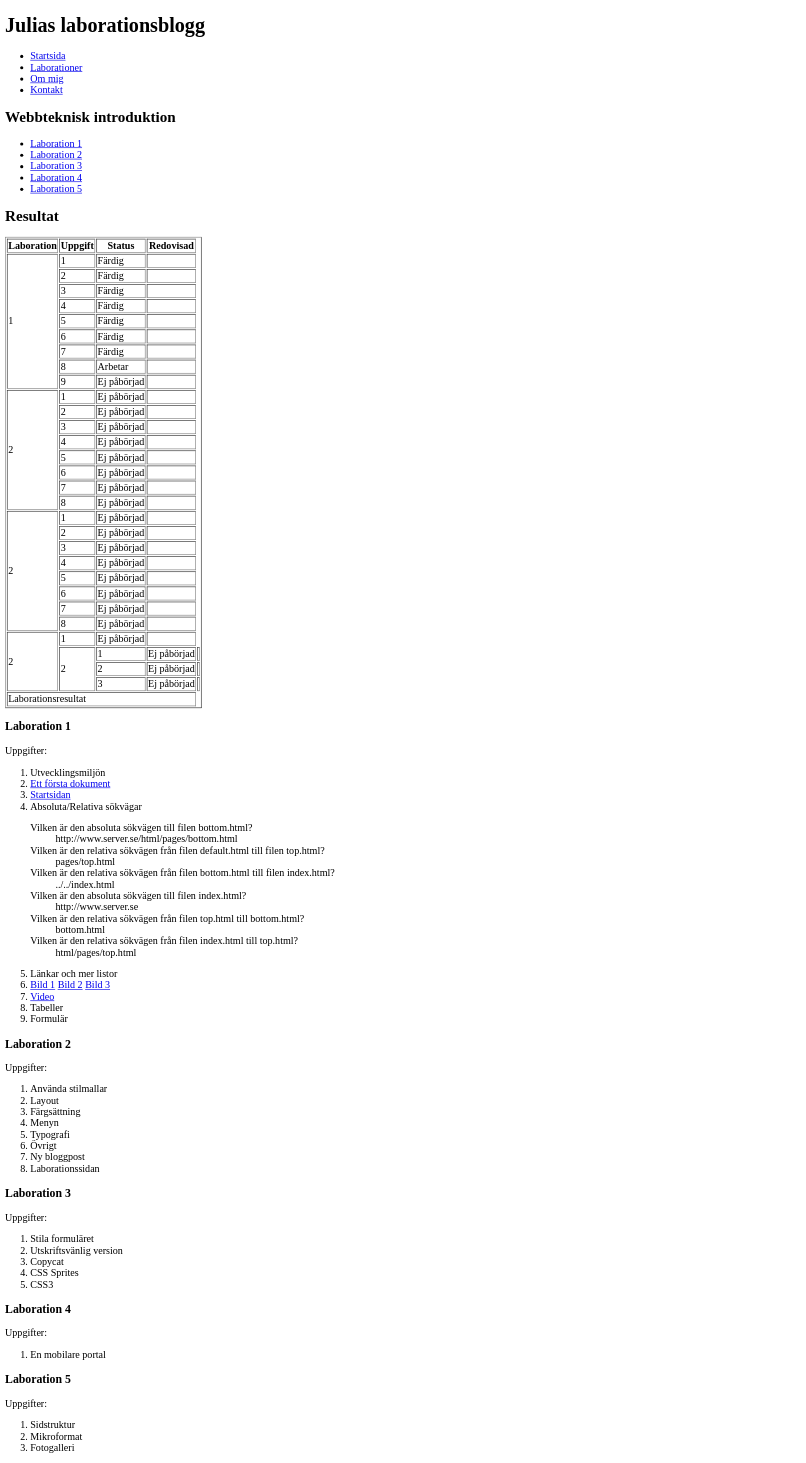
Repository: jk222rp/1ik415-laborationer-2014
Page: pages/laborationer.html
The author's editor kept a record of every edit. The page is drawn from the files as they stood at one moment, then again after the next edit.
The browser window is 1280 px wide. The pictures show the whole page, at 63% of full size.

Above is the page before.

### pages/laborationer.html
<!doctype html>
<html lang="sv">
    <head>
        <meta charset="utf-8" />
        <title>Julias laborationsblogg</title>
    </head>

    <body>
        <h1>Julias laborationsblogg</h1>

<!--Menu-->
        <ul>
            <li><a href="../index.html">Startsida</a></li>
            <li><a href="laborationer.html">Laborationer</a></li>
            <li><a href="presentation.html">Om mig</a></li>
            <li><a href="kontakt.html">Kontakt</a></li>
        </ul>

<!--Lab presentation - Webbteknisk introduktion-->
        <h2>Webbteknisk introduktion</h2>

        <ul>
            <li><a href="#Lab1">Laboration 1</a></li>
            <li><a href="#Lab2">Laboration 2</a></li>
            <li><a href="#Lab3">Laboration 3</a></li>
            <li><a href="#Lab4">Laboration 4</a></li>
            <li><a href="#Lab5">Laboration 5</a></li>
        </ul>

<!--Table start-->
        <h2>Resultat</h2>
        <table border="1">
            <thead>
                <tr>
                    <th>Laboration</th>
                    <th>Uppgift</th>
                    <th>Status</th>
                    <th>Redovisad</th>
                </tr>
            </thead>
            <tfoot>
                <tr>
                    <td colspan="4">
                        Laborationsresultat
                    </td>
                </tr>
            </tfoot>
    <!--Lab 1-->
            <tbody>
                <tr>
                    <td rowspan="9">1</td>
                    <td>1</td>
                    <td>Färdig</td>
                    <td></td>
                </tr>
                <tr>
                    <td>2</td>
                    <td>Färdig</td>
                    <td></td>
                </tr>
                <tr>
                    <td>3</td>
                    <td>Färdig</td>
                    <td></td>
                </tr>
                <tr>
                    <td>4</td>
                    <td>Färdig</td>
                    <td></td>
                </tr>
                <tr>
                    <td>5</td>
                    <td>Färdig</td>
                    <td></td>
                </tr>
                <tr>
                    <td>6</td>
                    <td>Färdig</td>
                    <td></td>
                </tr>
                <tr>
                    <td>7</td>
                    <td>Färdig</td>
                    <td></td>
                </tr>
                <tr>
                    <td>8</td>
                    <td>Arbetar</td>
                    <td></td>
                </tr>
                <tr>
                    <td>9</td>
                    <td>Ej påbörjad</td>
                    <td></td>
                </tr>
    <!--Lab 2-->
                <tr>
                    <td rowspan="8">2</td>
                    <td>1</td>
                    <td>Ej påbörjad</td>
                    <td></td>
                </tr>
                <tr>
                    <td>2</td>
                    <td>Ej påbörjad</td>
                    <td></td>
                </tr>
                <tr>
                    <td>3</td>
                    <td>Ej påbörjad</td>
                    <td></td>
                </tr>
                <tr>
                    <td>4</td>
                    <td>Ej påbörjad</td>
                    <td></td>
                </tr>
                <tr>
                    <td>5</td>
                    <td>Ej påbörjad</td>
                    <td></td>
                </tr>
                <tr>
                    <td>6</td>
                    <td>Ej påbörjad</td>
                    <td></td>
                </tr>
                <tr>
                    <td>7</td>
                    <td>Ej påbörjad</td>
                    <td></td>
                </tr>
                <tr>
                    <td>8</td>
                    <td>Ej påbörjad</td>
                    <td></td>
                </tr>
    <!--Lab 3-->
                <tr>
                    <td rowspan="8">2</td>
                    <td>1</td>
                    <td>Ej påbörjad</td>
                    <td></td>
                </tr>
                <tr>
                    <td>2</td>
                    <td>Ej påbörjad</td>
                    <td></td>
                </tr>
                <tr>
                    <td>3</td>
                    <td>Ej påbörjad</td>
                    <td></td>
                </tr>
                <tr>
                    <td>4</td>
                    <td>Ej påbörjad</td>
                    <td></td>
                </tr>
                <tr>
                    <td>5</td>
                    <td>Ej påbörjad</td>
                    <td></td>
                </tr>
                <tr>
                    <td>6</td>
                    <td>Ej påbörjad</td>
                    <td></td>
                </tr>
                <tr>
                    <td>7</td>
                    <td>Ej påbörjad</td>
                    <td></td>
                </tr>
                <tr>
                    <td>8</td>
                    <td>Ej påbörjad</td>
                    <td></td>
                </tr>
    <!--Lab 4-->
                <tr>
                    <td rowspan="8">2</td>
                    <td>1</td>
                    <td>Ej påbörjad</td>
                    <td></td>
                </tr>
    <!--Lab 5-->
                <tr>
                    <td rowspan="8">2</td>
                    <td>1</td>
                    <td>Ej påbörjad</td>
                    <td></td>
                </tr>
                <tr>
                    <td>2</td>
                    <td>Ej påbörjad</td>
                    <td></td>
                </tr>
                <tr>
                    <td>3</td>
                    <td>Ej påbörjad</td>
                    <td></td>
                </tr>
            </tbody>
        </table>

        <h3 id="Lab1">Laboration 1</h3>
        <p>Uppgifter:</p>
        <ol>
            <li>Utvecklingsmiljön</li>
            <li><a href="presentation.html">Ett första dokument</a></li>
            <li><a href="../index.html">Startsidan</a></li>
            <li>Absoluta/Relativa sökvägar
                <dl>
                    <dt>Vilken är den absoluta sökvägen till filen bottom.html?</dt>
                    <dd>http://www.server.se/html/pages/bottom.html</dd>
                    <dt>Vilken är den relativa sökvägen från filen default.html till filen top.html?</dt>
                    <dd>pages/top.html</dd>
                    <dt>Vilken är den relativa sökvägen från filen bottom.html till filen index.html?</dt>
                    <dd>../../index.html</dd>
                    <dt>Vilken är den absoluta sökvägen till filen index.html?</dt>
                    <dd>http://www.server.se</dd>
                    <dt>Vilken är den relativa sökvägen från filen top.html till bottom.html?</dt>
                    <dd>bottom.html</dd>
                    <dt>Vilken är den relativa sökvägen från filen index.html till top.html?</dt>
                    <dd>html/pages/top.html</dd>
                </dl>
            </li>
            <li>Länkar och mer listor</li>
            <li><a href="presentation.html#horse">Bild 1</a> <a href="../pics/logotyp.png">Bild 2</a> <a href="../index.html#cookie">Bild 3</a></li>
            <li><a href="../index.html#video">Video</a></li>
            <li>Tabeller</li>
            <li>Formulär</li>
        </ol>

        <h3 id="Lab2">Laboration 2</h3>
        <p>Uppgifter:</p>
        <ol>
            <li>Använda stilmallar</li>
            <li>Layout</li>
            <li>Färgsättning</li>
            <li>Menyn</li>
            <li>Typografi</li>
            <li>Övrigt</li>
            <li>Ny bloggpost</li>
            <li>Laborationssidan</li>
        </ol>

        <h3 id="Lab3">Laboration 3</h3>
        <p>Uppgifter:</p>
        <ol>
            <li>Stila formuläret</li>
            <li>Utskriftsvänlig version</li>
            <li>Copycat</li>
            <li>CSS Sprites</li>
            <li>CSS3</li>
        </ol>

        <h3 id="Lab4">Laboration 4</h3>
        <p>Uppgifter:</p>
        <ol>
            <li>En mobilare portal</li>
        </ol>

        <h3 id="Lab5">Laboration 5</h3>
        <p>Uppgifter:</p>
        <ol>
            <li>Sidstruktur</li>
            <li>Mikroformat</li>
            <li>Fotogalleri</li>
        </ol>

    </body>
</html>

After the next edit:
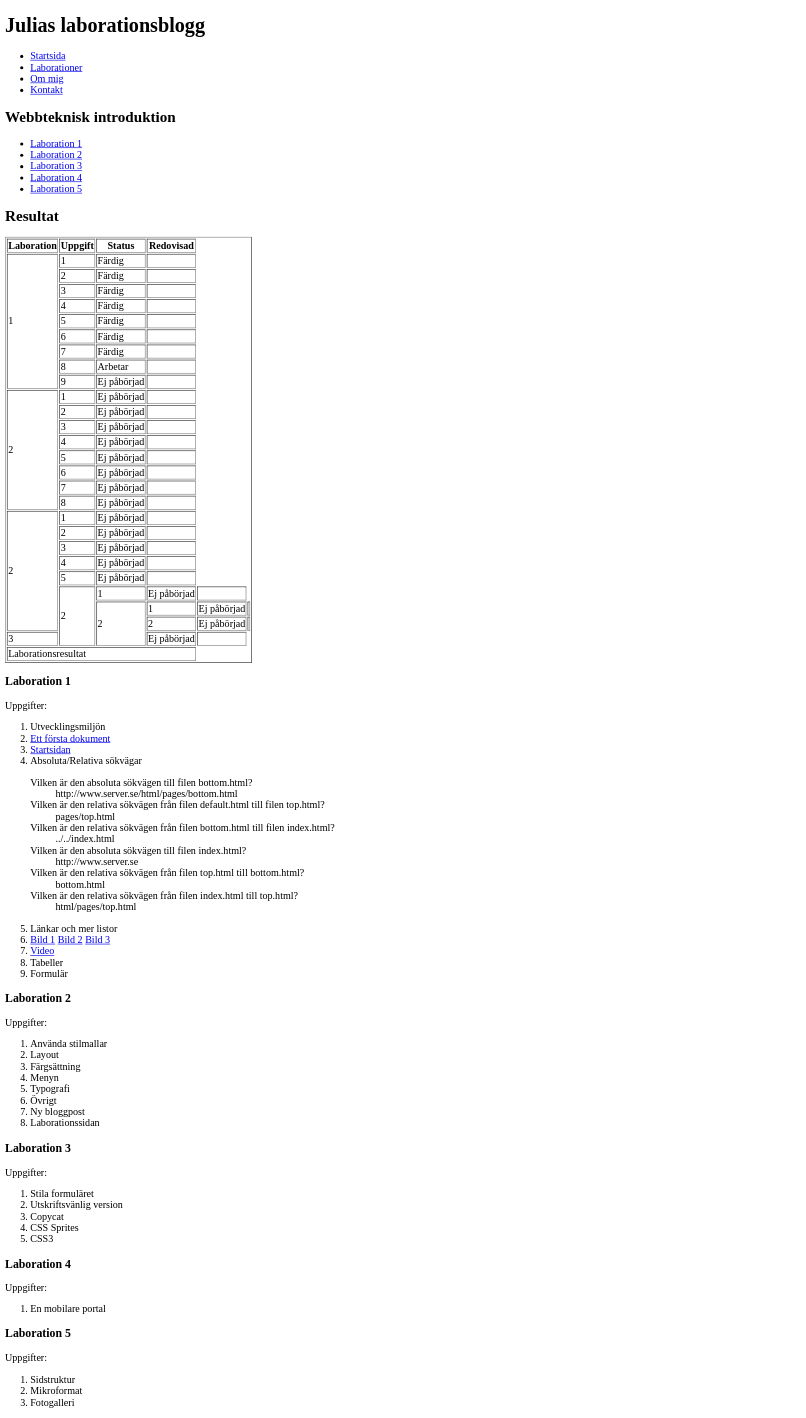
The edit:
--- a/pages/laborationer.html
+++ b/pages/laborationer.html
@@ -159,21 +159,6 @@
                 </tr>
                 <tr>
                     <td>5</td>
-                    <td>Ej påbörjad</td>
-                    <td></td>
-                </tr>
-                <tr>
-                    <td>6</td>
-                    <td>Ej påbörjad</td>
-                    <td></td>
-                </tr>
-                <tr>
-                    <td>7</td>
-                    <td>Ej påbörjad</td>
-                    <td></td>
-                </tr>
-                <tr>
-                    <td>8</td>
                     <td>Ej påbörjad</td>
                     <td></td>
                 </tr>
